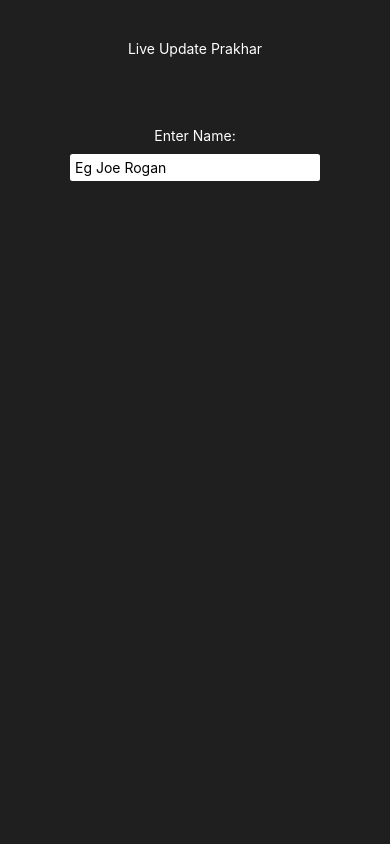
Repository: PrakharGupta36/TodoApp-React-Native
Screen: /
An editor plug-in stored every save of this project. The screen is shown before and after the next save, followed by the edit.
The app was drawn by React Native's web renderer in a window 390 px wide. The project was rebuilt for these pictures with package versions that can differ from the ones it lists, and the page was loaded fresh each time.

Above is the screen before, as saved 2022-03-16 12:06:11.

After the next save:
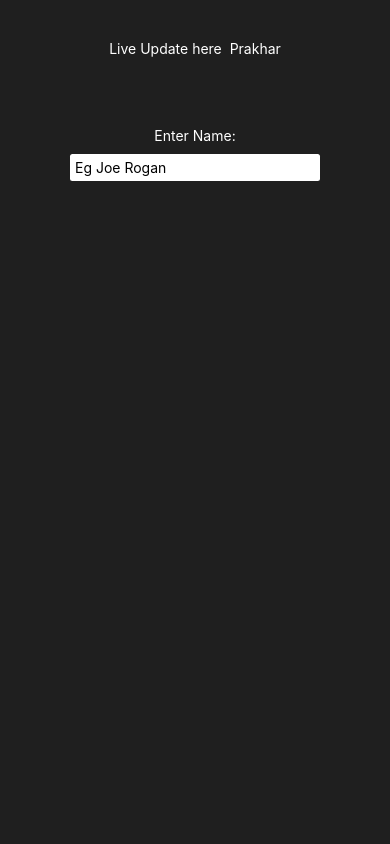
Saved 15 s later.
--- a/App.js
+++ b/App.js
@@ -24,7 +24,7 @@
 
   return (
     <View style={styles.container}>
-      <Text style={styles.textWhite}> Live Update {name} </Text>
+      <Text style={styles.textWhite}> Live Update here  {name} </Text>
 
       <View style={styles.buttonContainer}>
         <Text style={styles.textWhite}> Enter Name: </Text>
